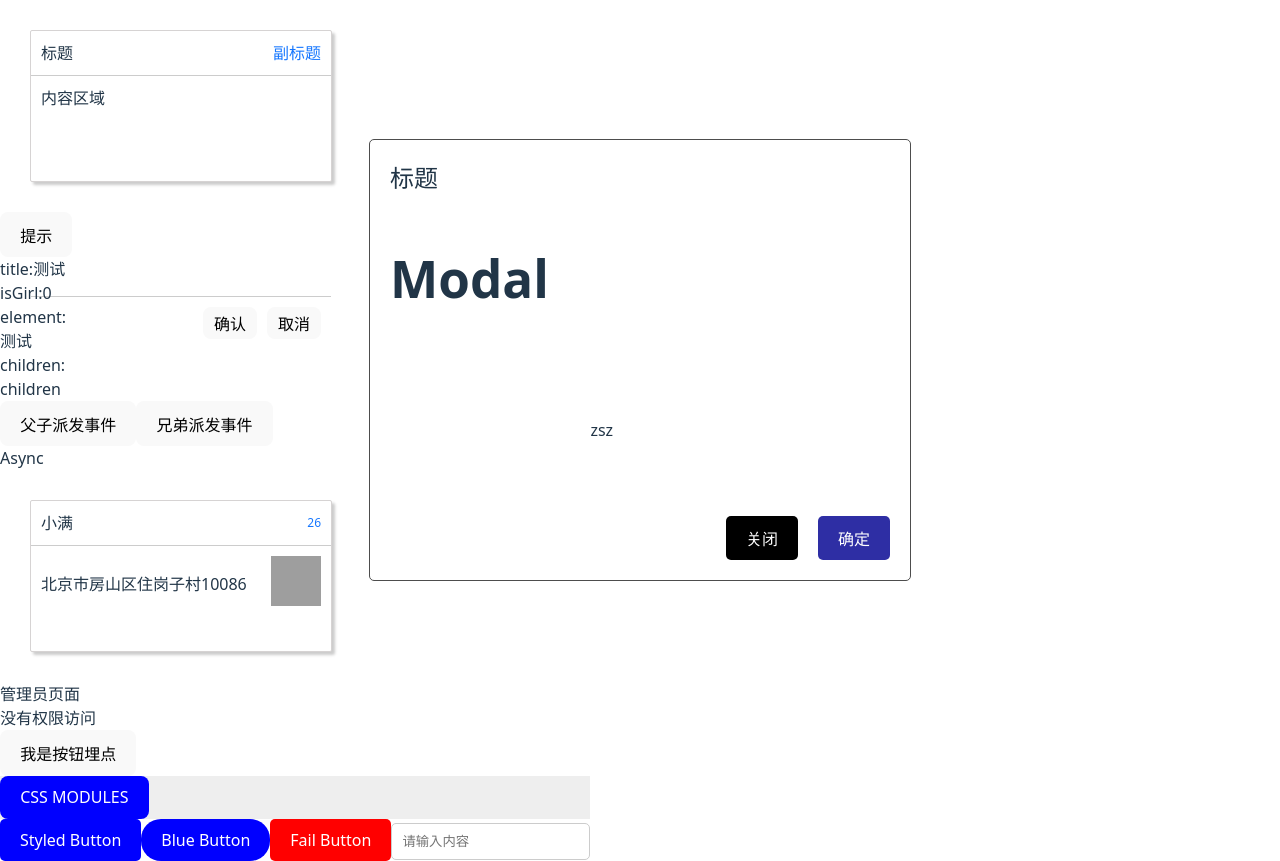
Repository: EDMZJJJ/learn-react
Page: /
These files come from the project's save history. The page is drawn as it stood at one moment and after a run of saves; the edit follows.
The browser window is 1280 px wide. The pictures show the whole page.
Pictures or frames that could not be fetched are drawn as grey boxes. The project was rebuilt for these pictures with package versions that can differ from the ones it lists, and the page was loaded fresh each time. Also part of the build but not shown: vite.config.ts, src/components/Skeleton/index.css, src/components/Message/index.css, src/components/Message/index.tsx.

Above is the page before, as saved 2026-03-11 16:27:58.

After the next 2 saves:
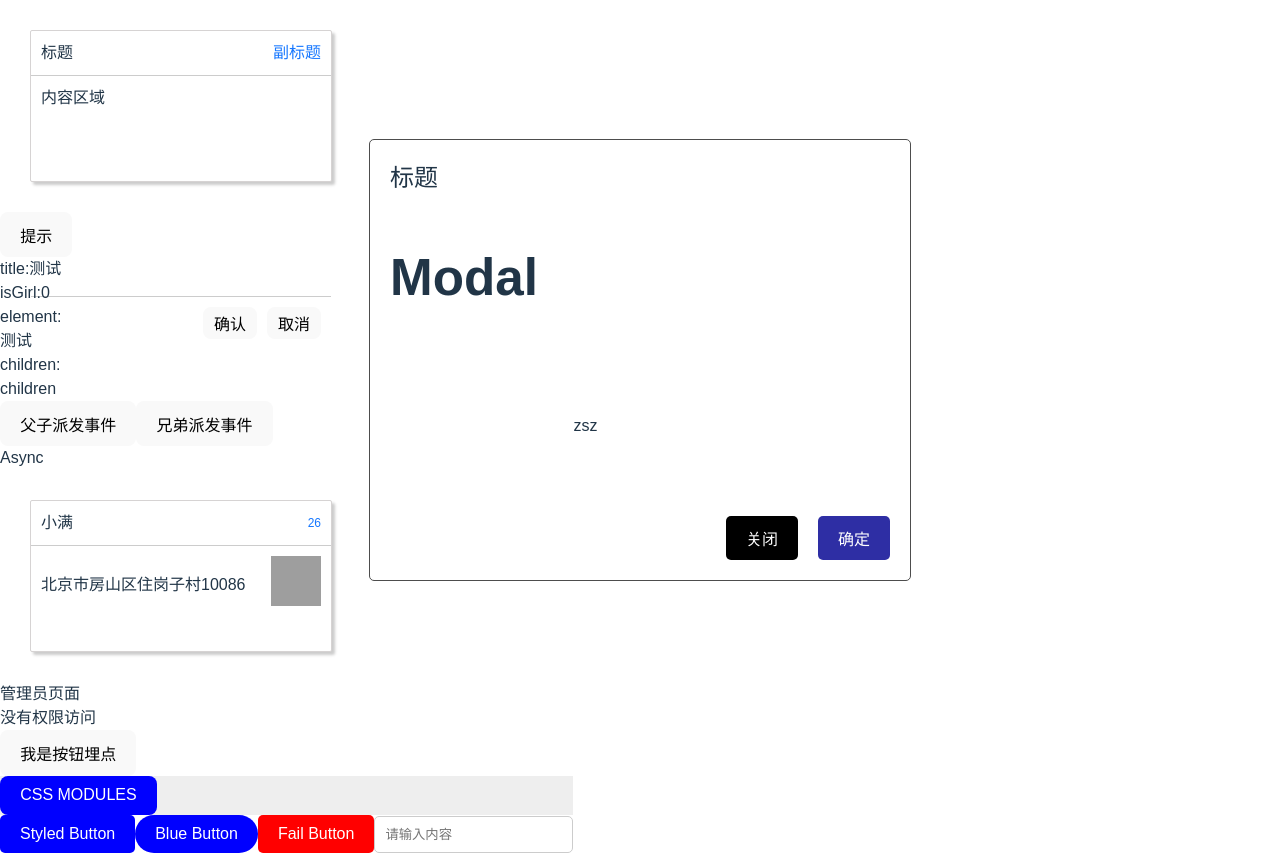
The 2 saves are shown as one change because 1 did not build or start.
The last was saved 20 s later.
--- a/src/App.tsx
+++ b/src/App.tsx
@@ -173,6 +173,7 @@ const App: React.FC = () =>  {
       <BlueButton>Blue Button</BlueButton>
       <FailButton>Fail Button</FailButton>
       <InputComponent placeholder="请输入内容" />
+      <GlobalStyle />
     </>
   )
 }
